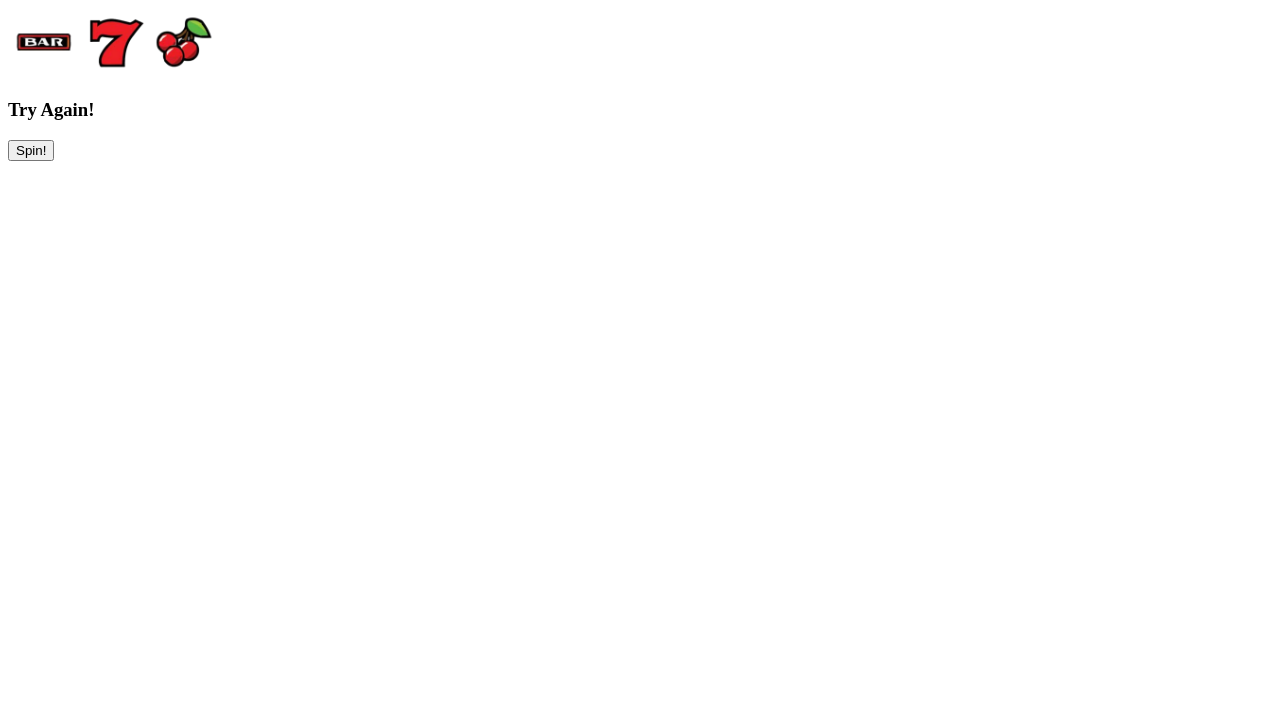
Repository: TheRealCisco/f2017CST336
Page: http://localhost/777/index.php
The author's editor kept a record of every edit. The page is drawn from the files as they stood at one moment, then again after the next edit.
The browser window is 1280 px wide. The pictures show the whole page.
Some web fonts or font styles are not loaded; a fallback is used. The page is run by PHP 8.4 with error messages shown; the project is at /var/www/html/.

Above is the page before.

After the next edit:
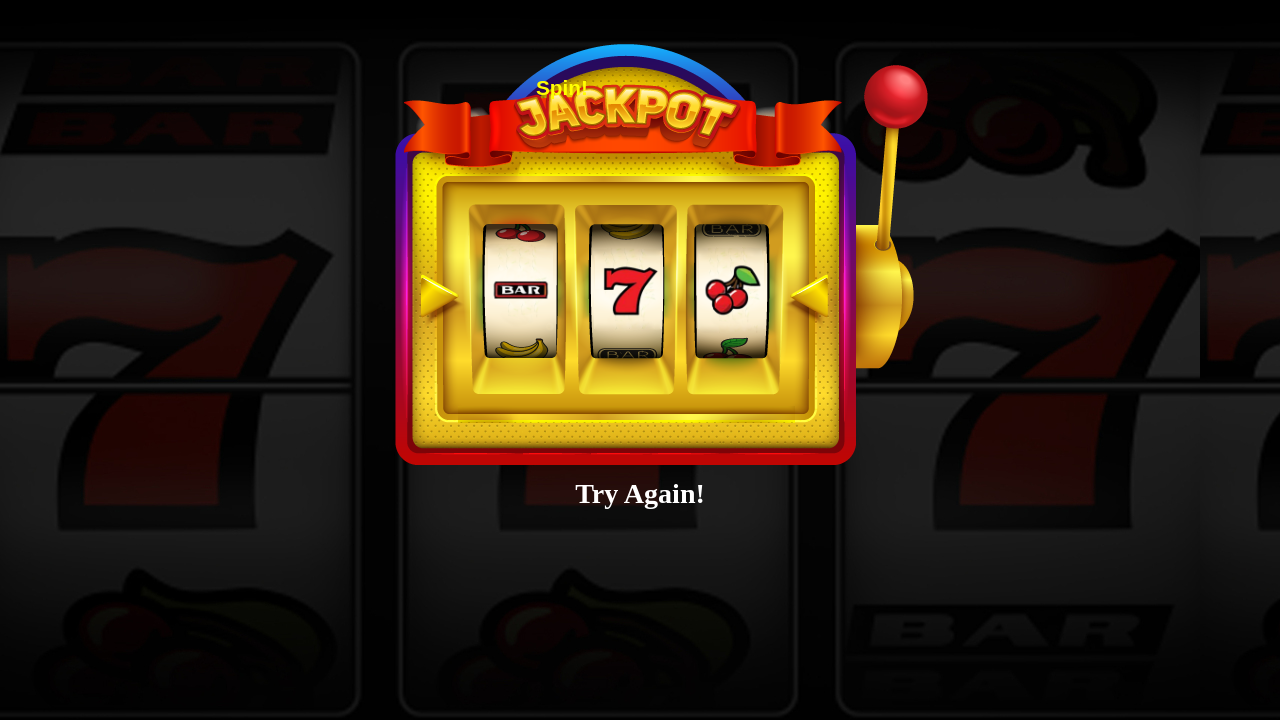
The edit:
--- a/777/index.php
+++ b/777/index.php
@@ -6,6 +6,9 @@
 <!DOCTYPE html>
 <html>
     <head>
+        <style>
+            @import url("css/styles.css");
+        </style>
         <title> 777 Slot Machine </title>
     </head>
     <body>
